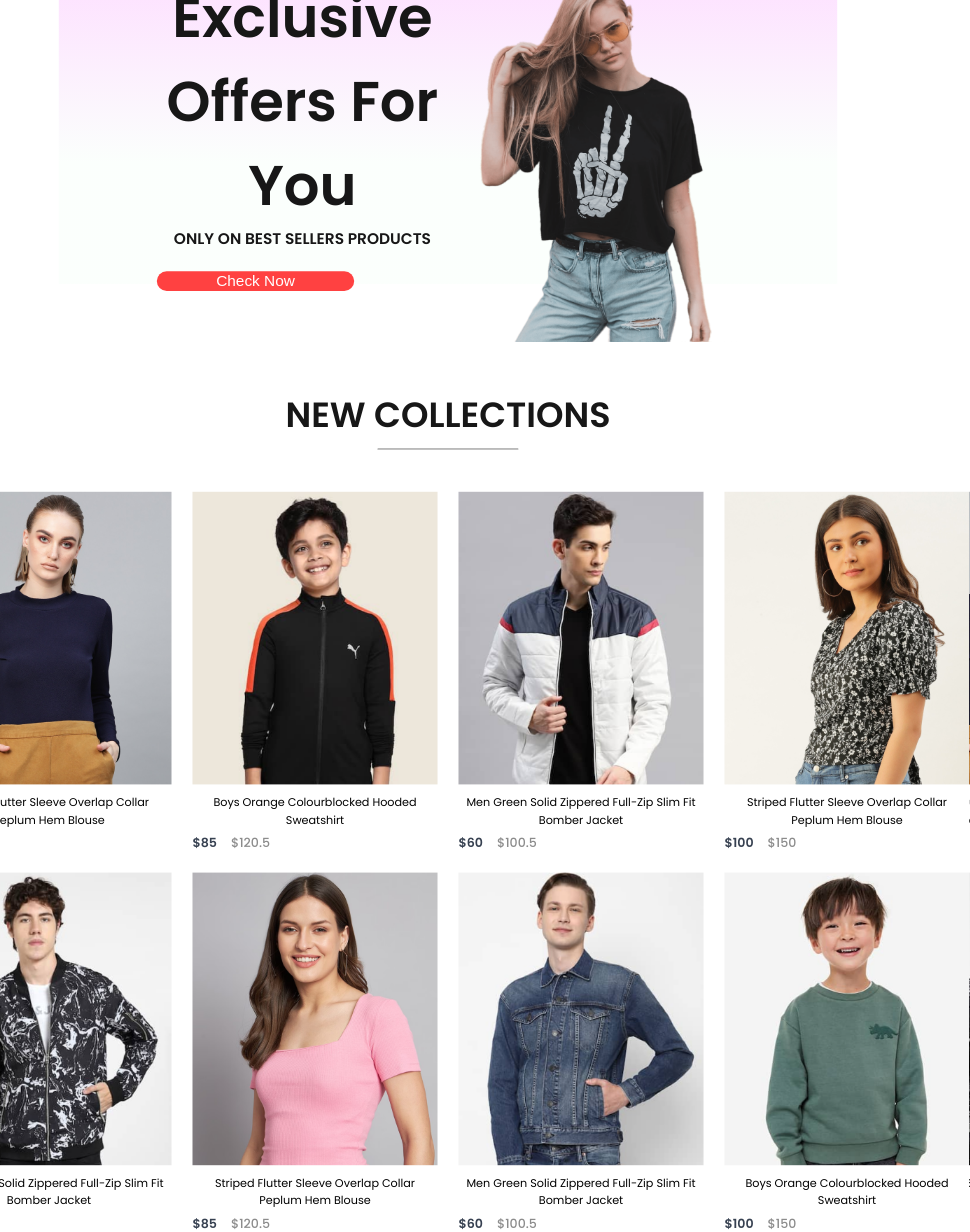
Repository: saritha55/EcommerceReactJs
Page: /
An editor plug-in stored every save of this project. The page is shown before and after the next save, followed by the edit.
The browser window is 1280 px wide. The page is 1385 px wide, so the pictures cover 1385 px, including what lies to the right of the window. The pictures show the part of the page from y = 1492 to 3252 px (the page is 3252 px tall), at 70% of full size.
The project was rebuilt for these pictures with package versions that can differ from the ones it lists, and the page was loaded fresh each time. Also part of the build but not shown: src/Pages/ShopCategory.jsx, src/Pages/Product.jsx, src/Pages/Cart.jsx, src/Pages/LoginSignup.jsx.

Above is the page before, as saved 2024-12-02 17:22:54.

### public/index.html
<!DOCTYPE html>
<html lang="en">
  <head>
    <meta charset="utf-8" />
    <link rel="icon" href="%PUBLIC_URL%/favicon.ico" />
    <meta name="viewport" content="width=device-width, initial-scale=1" />
    <meta name="theme-color" content="#000000" />
    <meta
      name="description"
      content="Web site created using create-react-app"
    />
    <link rel="apple-touch-icon" href="%PUBLIC_URL%/logo192.png" />
    <!--
      manifest.json provides metadata used when your web app is installed on a
      user's mobile device or desktop. See https://developers.google.com/web/fundamentals/web-app-manifest/
    -->
    <link rel="manifest" href="%PUBLIC_URL%/manifest.json" />

    <link rel="preconnect" href="https://fonts.googleapis.com">
    <link rel="preconnect" href="https://fonts.gstatic.com" crossorigin>
    <link href="https://fonts.googleapis.com/css2?family=Poppins:ital,wght@0,100;0,200;0,300;0,400;0,500;0,600;0,700;0,800;0,900;1,100;1,200;1,300;1,400;1,500;1,600;1,700;1,800;1,900&display=swap" rel="stylesheet">
    <!--
      Notice the use of %PUBLIC_URL% in the tags above.
      It will be replaced with the URL of the `public` folder during the build.
      Only files inside the `public` folder can be referenced from the HTML.

      Unlike "/favicon.ico" or "favicon.ico", "%PUBLIC_URL%/favicon.ico" will
      work correctly both with client-side routing and a non-root public URL.
      Learn how to configure a non-root public URL by running `npm run build`.
    -->
    <title>E-commerce</title>
  </head>
  <body>
    <noscript>You need to enable JavaScript to run this app.</noscript>
    <div id="root"></div>
    <!--
      This HTML file is a template.
      If you open it directly in the browser, you will see an empty page.

      You can add webfonts, meta tags, or analytics to this file.
      The build step will place the bundled scripts into the <body> tag.

      To begin the development, run `npm start` or `yarn start`.
      To create a production bundle, use `npm run build` or `yarn build`.
    -->
  </body>
</html>

### src/App.js
import './App.css';
import Navbar from './Components/Navbar/Navbar';
import { BrowserRouter, Routes,Route } from 'react-router-dom';
import Shop from './Pages/Shop';
import ShopCategory
 from './Pages/ShopCategory';
import Product from './Pages/Product';
import Cart from './Pages/Cart';
import LoginSignup from './Pages/LoginSignup';

function App() {
  return (
    <div className="App">
      <BrowserRouter>
      <Navbar />
      <Routes>
        <Route path ='/' element={<Shop/>} />
        <Route path ='/mens' element={<ShopCategory category="men"/>} />
        <Route path ='/womens' element={<ShopCategory category="women"/>} />
        <Route path ='/kids' element={<ShopCategory category="kid"/>} />
        <Route path="product" element={<Product/>}>
            <Route path=':productId' element={<Product/>} />
        </Route>
        <Route path ='/cart' element={<Cart/>} />
        <Route path ='/login' element={<LoginSignup/>} />

      </Routes>
      </BrowserRouter>
    </div>
  );
}

export default App;

### src/Components/Navbar/Navbar.jsx
import React from 'react'
import { useState } from 'react'
import './Navbar.css'
import logo from '../Assets/logo.png'
import cart_icon from '../Assets/cart_icon.png'
import { Link } from 'react-router-dom'

const Navbar = () => {

    const [menu,setMenu] = useState("shop");

  return (
    <div className='navbar'>
      <div className="nav-logo">
        <img src={logo} alt="" />
        <p>SHOPPER</p>
      </div>
      <ul className="nav-menu">
        <li onClick={()=>{setMenu("shop")}} > <Link  style={{ textDecoration: 'none'}} to='/'>Shop</Link> {menu==="shop"?<hr/>:<></>} </li>
        <li onClick={()=>{setMenu("mens")}}><Link style={{ textDecoration: 'none'}} to='/mens'>Men </Link>{menu==="mens"?<hr/>:<></>}</li>
        <li onClick={()=>{setMenu("womens")}}><Link style={{ textDecoration: 'none'}} to='/womens'>Women </Link> {menu==="womens"?<hr/>:<></>}</li>
        <li onClick={()=>{setMenu("kids")}}> <Link style={{ textDecoration: 'none'}} to='/kids'>Kids</Link> {menu==="kids"?<hr/>:<></>}</li>
      </ul>
      <div className="nav-login-cart">
        <Link to='/login'><button>Login</button></Link>
        <Link to='/cart'><img src={cart_icon} alt="" /></Link>
        <div className="nav-cart-count">0</div>
      </div>
    </div>
  )
}

export default Navbar

### src/Pages/Shop.jsx
import React from 'react'
import Hero from '../Components/Hero/Hero'
import Popular from '../Components/Popular/Popular'
import Offers from '../Components/Offers/Offers'
import NewCollections from '../Components/NewCollections/NewCollections'
const Shop = () => {
  return (
    <div>
      <Hero/>
      <Popular/>
      <Offers/>
      <NewCollections/>
    </div>
  )
}

export default Shop

### src/Components/Navbar/Navbar.css
.navbar{
    display: flex;
    justify-content: space-around;
    padding: 16px;
    box-shadow: 0 1px 3px -2px black;
}

.nav-logo{
    display: flex;
    align-items: center;
    gap: 10px;
}
.nav-logo p{
    color: #171717;
    font-size: 38px;
    font-weight: 600;
}
.nav-menu{
    display: flex;
    align-items: center;
    list-style: none;
    gap: 50px;
    color: #626262;
    font-size: 20px;
    font-weight: 500;
}
.nav-menu li{
    display: flex;
    flex-direction: column;
    align-items: center;
    gap: 3px;
    cursor: pointer;
}
.nav-menu hr{
    border: none;
    width: 80%;
    height: 3px;
    border-radius: 10px;
    background: #ff4141;
}
.nav-login-cart{
    display: flex;
    align-items: center;
    gap: 45px;
}
.nav-login-cart button{
    width: 157px;
    height: 58px;
    outline: none;
    border: 1px solid #7a7a7a;
    border-radius: 75px;
    color: #515151;
    font-size: 20px;
    font-weight: 500;
    background: white;
    cursor: pointer;

}
.nav-login-cart button:active{
    background: #f3f3f3;
}
.nav-cart-count{
    width: 22px;
    height: 22px;
    display: flex;
    justify-content: center;
    align-items: center;
    margin-top: -35px;
    margin-left: -55px;
    border-radius: 11px;
    font-size: 14px;
    background: red;
    color: white;
}

### src/Components/Hero/Hero.jsx
import React from 'react'
import './Hero.css'
import hand_icon from '../Assets/hand_icon.png'
import arrow_icon from '../Assets/arrow.png'
import hero_image from '../Assets/hero_image.png'

const Hero = () => {
  return (
    <div className='hero'>
      <div className="hero-left">
        <h2>New ARRIVALS ONLY</h2>
        <div>
            <div className="hero-hand-icon">
                <p>new</p>
                <img src={hand_icon} alt="" />
            </div>
            <p>Collections</p>
            <p>for everyone</p>
        </div>
        <div className="hero-latest-btn">
            <div>Latest Collection</div>
            <img src={arrow_icon} alt="" />
        </div>
      </div>
      <div className="hero-right">
        <img src={hero_image} alt="" />

      </div>
    </div>
  )
}

export default Hero

### src/Components/Popular/Popular.jsx
import React from 'react'
import './Popular.css'
import data_product from '../Assets/data'
import Item from '../Item/Item'


const Popular = () => {
  return (
    <div className='popular'>
      <h1>POPULAR IN WOMEN</h1>
      <hr />
      <div className="popular-item">
        {data_product.map((item,i)=>{
            return <Item key={i} id={item.id} name={item.name} image={item.image} new_price={item.new_price} old_price={item.old_price} />
        })}
      </div>
    </div>
  )
}

export default Popular

### src/Components/Offers/Offers.jsx
import React from 'react'
import './Offers.css'
import exclusive_image from '../Assets/exclusive_image.png'

const Offers = () => {
  return (
    <div className='offers'>
      <div className="offers-left">
        <h1>Exclusive</h1>
        <h1>Offers For You</h1>
        <p>ONLY ON BEST SELLERS PRODUCTS</p>
        <button>Check Now</button>
      </div>
      <div className="offers-right">
            <img src={exclusive_image} alt="" />
      </div>
    </div>
  )
}

export default Offers

### src/Components/NewCollections/NewCollections.jsx
import React from 'react'
import './NewCollections.css'
import new_collection from '../Assets/new_collections'
import Item from '../Item/Item'

const NewCollections = () => {
  return (
    <div className='newcollections'>
      <h1>NEW COLLECTIONS</h1>
      <hr />
      <div className="collections">
      {new_collection.map((item,i)=>{
            return <Item key={i} id={item.id} name={item.name} image={item.image} new_price={item.new_price} old_price={item.old_price} />
        })}
      </div>
    </div>
  )
}

export default NewCollections

### src/Components/Hero/Hero.css
.hero{
    height: 100vh;
    background: linear-gradient(180deg, #fde1ff, #e1ffea22 60%);
    display: flex;

}
.hero-left{
    flex: 1;
    display: flex;
    flex-direction: column;
    justify-content: center;
    gap: 20px;
    padding-left: 180px;
    line-height: 1.1;

}
.hero-left h2{
    color: #090909;
    font-size: 26px;
    font-weight: 600;
}
.hero-left p{
    color: #171717;
    font-size: 45px;
    font-weight: 700;
}
.hero-hand-icon{
   display: flex;
   align-items: center;
   gap: 20px;
}
.hero-hand-icon img{
    width: 105px;
}
.hero-latest-btn{
    display: flex;
    justify-content: center;
    align-items: center;
    gap: 15px;
    width: 310px;
    height: 70px;
    border-radius: 75px;
    margin-top: 30px;
    background: #ff4141;
    color: white;
    font-size: 22px;
    font-weight: 500;

}
.hero-right{
    flex: 1;
    display: flex;
    align-items: center;
    justify-content: center;
}
.hero-right img{
    width: 80%;

}

### src/Components/Popular/Popular.css
.popular{
    display: flex;
    flex-direction: column;
    align-items: center;
    gap: 10px;
    height: 90vh;
}

.popular h1{
    color: #171717;
    font-size: 50px;
    font-weight: 600;
}
.popular hr{
    width: 200px;
    height: 6px;
    border-radius: 10px;
    background: #252525;
}

.popular-item{
    margin-top: 50px;
    display: flex;
    gap: 30px;
}

### src/Components/Assets/data.js
import p1_img from './product_1.png'
import p2_img from './product_2.png'
import p3_img from './product_3.png'
import p4_img from './product_4.png'

let data_product = [
  {
    id:1,
    name:"Striped Flutter Sleeve Overlap Collar Peplum Hem Blouse",
    image:p1_img,
    new_price:50.00,
    old_price:80.50,
  },
  {id:2,
    name:"Striped Flutter Sleeve Overlap Collar Peplum Hem Blouse",
    image:p2_img,
    new_price:85.00,
    old_price:120.50,
  },
  {id:3,
    name:"Striped Flutter Sleeve Overlap Collar Peplum Hem Blouse",
    image:p3_img,
    new_price:60.00,
    old_price:100.50,
  },
  {id:4,
    name:"Striped Flutter Sleeve Overlap Collar Peplum Hem Blouse",
    image:p4_img,
    new_price:100.00,
    old_price:150.00,
  },
];

export default data_product;

### src/Components/Item/Item.jsx
import React from 'react'
import './Item.css'

const Item = (props) => {
  return (
    <div className='item'>
        <img src={props.image} alt="" />
        <p>{props.name}</p>
        <div className="item-prices">
            <div className="item-price-new">
                ${props.new_price}
            </div>
            <div className="item-price-old">
                ${props.old_price}
            </div>

        </div>

    </div>
  )
}

export default Item

### src/Components/Offers/Offers.css
.offers{
    width: 65%;
    height: 60vh;
    display: flex;
    margin: auto;
    padding: 0px 140px;
    margin-bottom: 150px;
    background: linear-gradient(180deg, #fde1ff 0%,#e1ffea22 60%);

}
.offers-left{
    flex: 1;
    display: flex;
    flex-direction: column;
    justify-content: center;
}
.offers-left h1{
    color: #171717;
    font-size: 80px;
    font-weight: 600;
}
.offers-left p{
    color: #171717;
    font-size: 22px;
    font-weight: 600;
}
.offers-left button{
    width: 282px;
    height: 70px;
    border-radius: 35px;
    background: #ff4141;
    border: none;
    color: white;
    font-size: 22px;
    font-weight: 500;
    margin-top: 30px;
    cursor: pointer;

}
.offers-right{
    flex: 1;
    display: flex;
    align-items: center;
    justify-content: flex-end;
    padding-top: 50px;
}

### src/Components/NewCollections/NewCollections.css
.newcollections{
    display: flex;
    flex-direction: column;
    align-items: center;
    gap: 10px;
    height: 90vh;
}

.newcollections h1{
    color: #171717;
    font-size: 50px;
    font-weight: 600;
}
.newcollections hr{
    width: 200px;
    height: 6px;
    border-radius: 10px;
    background: #252525;
}

.collections{
    display: grid;
    grid-template-columns: 1fr 1fr 1fr 1fr;
    margin-top: 50px;
    gap: 30px;
}

### src/Components/Assets/new_collections.js
import p1_img from "./product_12.png";
import p2_img from "./product_35.png";
import p3_img from "./product_14.png";
import p4_img from "./product_8.png";
import p5_img from "./product_15.png";
import p6_img from "./product_2.png";
import p7_img from "./product_17.png";
import p8_img from "./product_28.png";

let new_collections = [
  {
    id: 12,
    name: "Striped Flutter Sleeve Overlap Collar Peplum Hem Blouse",
    image: p1_img,
    new_price: 50.0,
    old_price: 80.5,
  },
  {
    id: 35,
    name: "Boys Orange Colourblocked Hooded Sweatshirt",
    image: p2_img,
    new_price: 85.0,
    old_price: 120.5,
  },
  {
    id: 14,
    name: "Men Green Solid Zippered Full-Zip Slim Fit Bomber Jacket",
    image: p3_img,
    new_price: 60.0,
    old_price: 100.5,
  },
  {
    id: 8,
    name: "Striped Flutter Sleeve Overlap Collar Peplum Hem Blouse",
    image: p4_img,
    new_price: 100.0,
    old_price: 150.0,
  },
  {
    id: 15,
    name: "Men Green Solid Zippered Full-Zip Slim Fit Bomber Jacket",
    image: p5_img,
    new_price: 50.0,
    old_price: 80.5,
  },
  {
    id: 2,
    name: "Striped Flutter Sleeve Overlap Collar Peplum Hem Blouse",
    image: p6_img,
    new_price: 85.0,
    old_price: 120.5,
  },
  {
    id: 17,
    name: "Men Green Solid Zippered Full-Zip Slim Fit Bomber Jacket",
    image: p7_img,
    new_price: 60.0,
    old_price: 100.5,
  },
  {
    id: 28,
    name: "Boys Orange Colourblocked Hooded Sweatshirt",
    image: p8_img,
    new_price: 100.0,
    old_price: 150.0,
  },
];

export default new_collections;

### src/Components/Item/Item.css
.item{
    width: 350px;
}

.item p{
    margin: 6px 0px;

}

.item-prices{
    display: flex;
    gap: 20px;
}
.item-price-new{
    color: #374151;
    font-size: 18px;
    font-weight: 600;
}
.item-price-old{
    color: #8c8c8c;
    font-size: 18px;
    font-weight: 500;
}

### src/Components/NewsLetter/NewsLetter.jsx
import React from 'react'
import './NewsLetter.css'

const NewsLetter = () => {
  return (
    <div className='newsletter'>
      <h1>Get Exclusive Offers on Your Email</h1>
      <p>Subscribe to our newsletter and stay updated</p>
      <div>
        <input type="email" placeholder='Your Email id' />
        <button>Subscribe</button>

      </div>
    </div>
  )
}

export default NewsLetter

### src/Components/NewsLetter/NewsLetter.css
.newsletter{
    width: 65%;
    height: 40vh;
    display: flex;
    align-items: center;
    justify-content: center;
    margin: auto;
    padding: 0px 140px;
    margin-bottom: 150px;
    background: linear-gradient(180deg, #fde1ff 0%,
    #e1ffea22 60%);
    gap: 30px;

}

.newsletter h1{
    color: #454545;
    font-size: 55px;
    font-weight: 600;
}

.newsletter p{
    color: #454545;
    font-size: 20px;
}

.newsletter div{
    display: flex;
    align-items: center;
    justify-content: space-between;
    background: white;
    width: 730px;
    height: 70px;
    border-radius: 80px;
    border: 1px solid #e3e3e3;

}
.newsletter input{
    width: 500px;
    margin-left: 30px;
    border: none;
    outline: none;
    color: #616161;
    font-family: 'poppins';
    font-size: 16px;
}

.newsletter div button{
    width: 210px;
    height: 70px;
    border-radius: 80px;
    background: black;
    color: white;
    font-size: 16px;
    cursor: pointer;
}

Loaded but not shown: src/index.js (common file); src/index.css (common file); src/reportWebVitals.js (common file); src/App.css (common file)

After the next save:
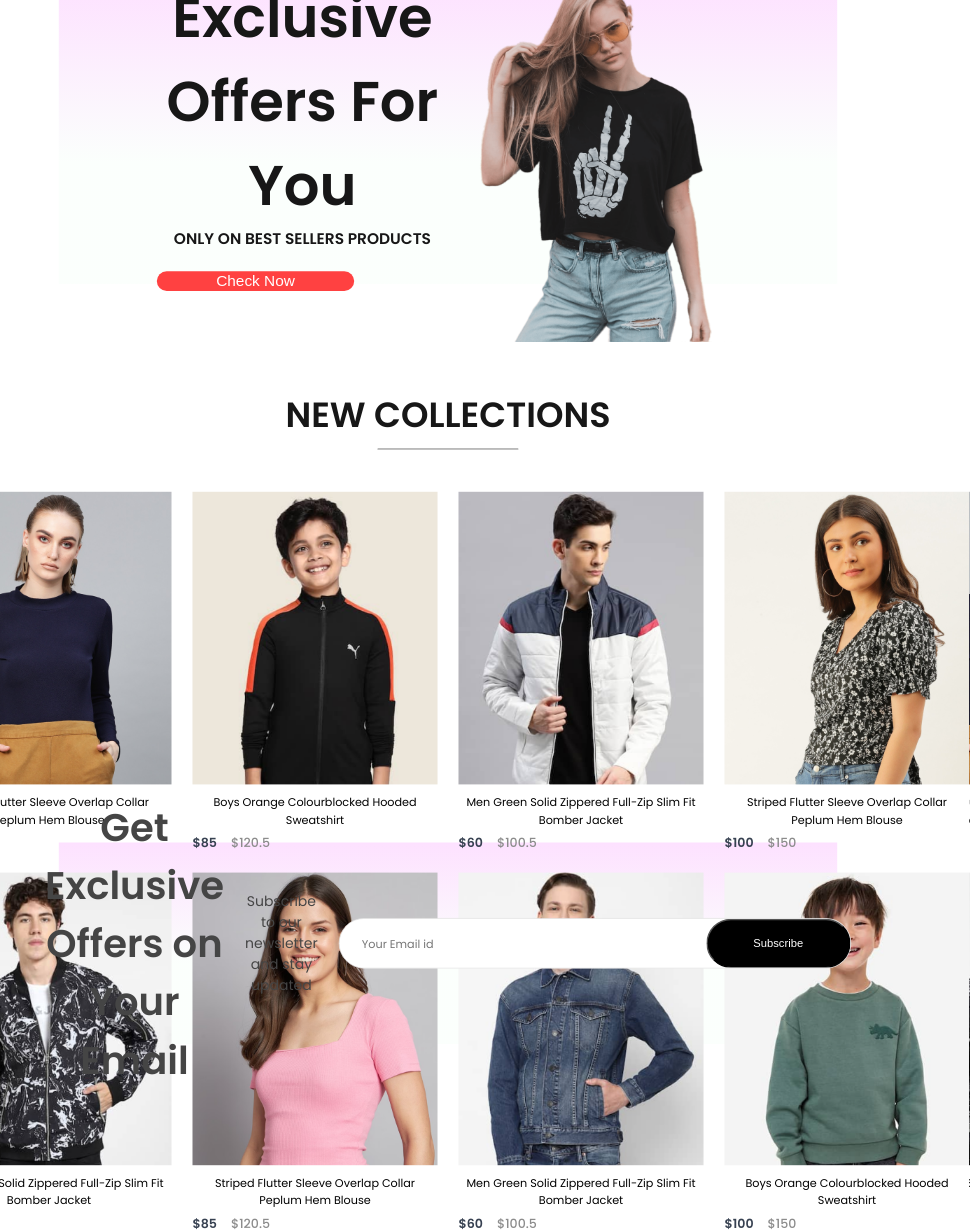
Saved 30 s later.
--- a/src/Pages/Shop.jsx
+++ b/src/Pages/Shop.jsx
@@ -3,6 +3,7 @@
 import Popular from '../Components/Popular/Popular'
 import Offers from '../Components/Offers/Offers'
 import NewCollections from '../Components/NewCollections/NewCollections'
+import NewsLetter from '../Components/NewsLetter/NewsLetter'
 const Shop = () => {
   return (
     <div>
@@ -10,6 +11,7 @@
       <Popular/>
       <Offers/>
       <NewCollections/>
+      <NewsLetter/>
     </div>
   )
 }
